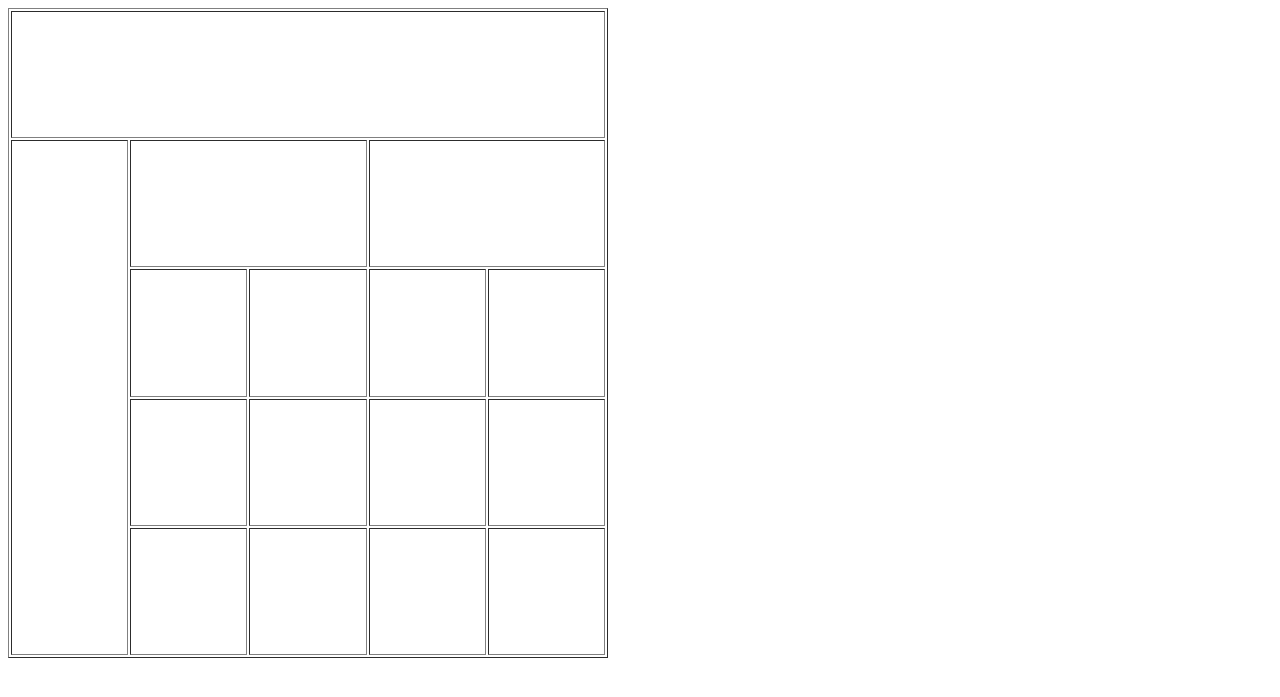
Repository: Hwang-97/HhwDesktop
Page: client/ClientTest/src/main/webapp/html/question/table/q01.html
The author's editor kept a copy of each file at every save. The page is drawn from the files as they stood at one save, then again after the next save.
The browser window is 1280 px wide. The pictures show the whole page.

Above is the page before, as saved 2021-12-10 07:18:11.

After the next save:
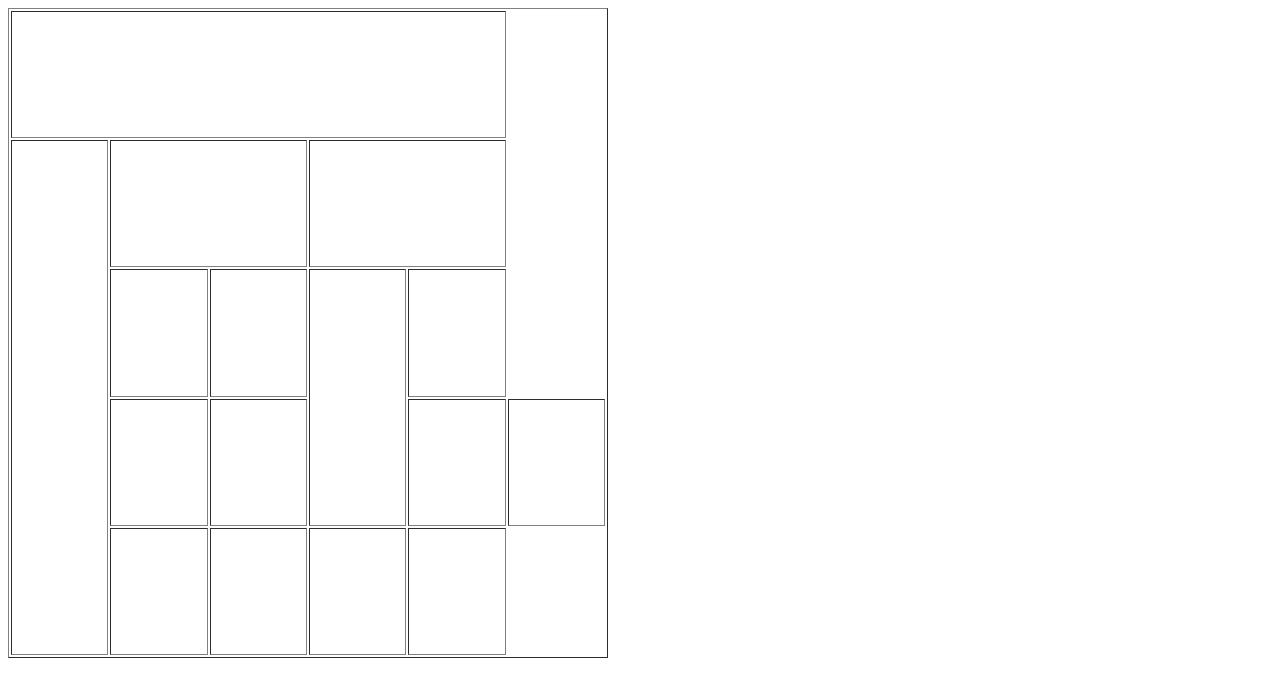
Saved 27 s later.
--- a/client/ClientTest/src/main/webapp/html/question/table/q01.html
+++ b/client/ClientTest/src/main/webapp/html/question/table/q01.html
@@ -18,7 +18,7 @@
 		<tr>
 			<td></td>
 			<td></td>
-			<td></td>
+			<td rowspan="2"></td>
 			<td></td>
 		</tr>
 		<tr>

After the save that followed:
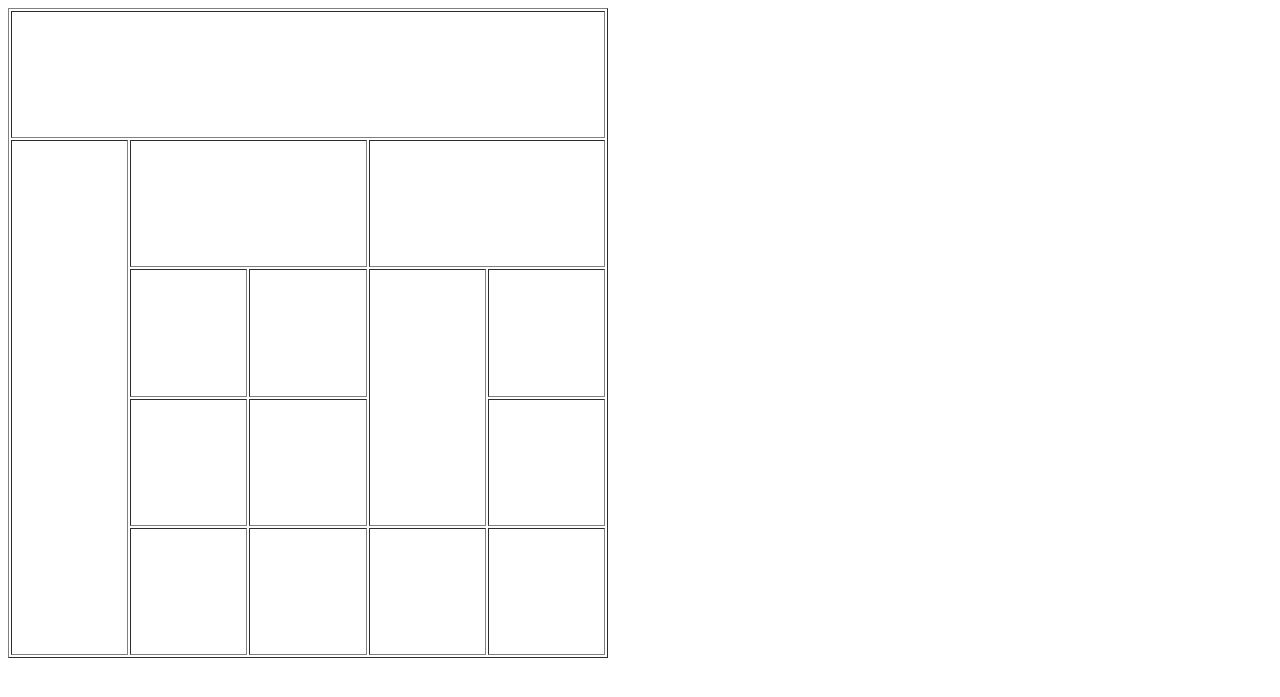
Saved 10 s later.
--- a/client/ClientTest/src/main/webapp/html/question/table/q01.html
+++ b/client/ClientTest/src/main/webapp/html/question/table/q01.html
@@ -25,7 +25,6 @@
 			<td></td>
 			<td></td>
 			<td></td>
-			<td></td>
 		</tr>
 		<tr>
 			<td></td>
